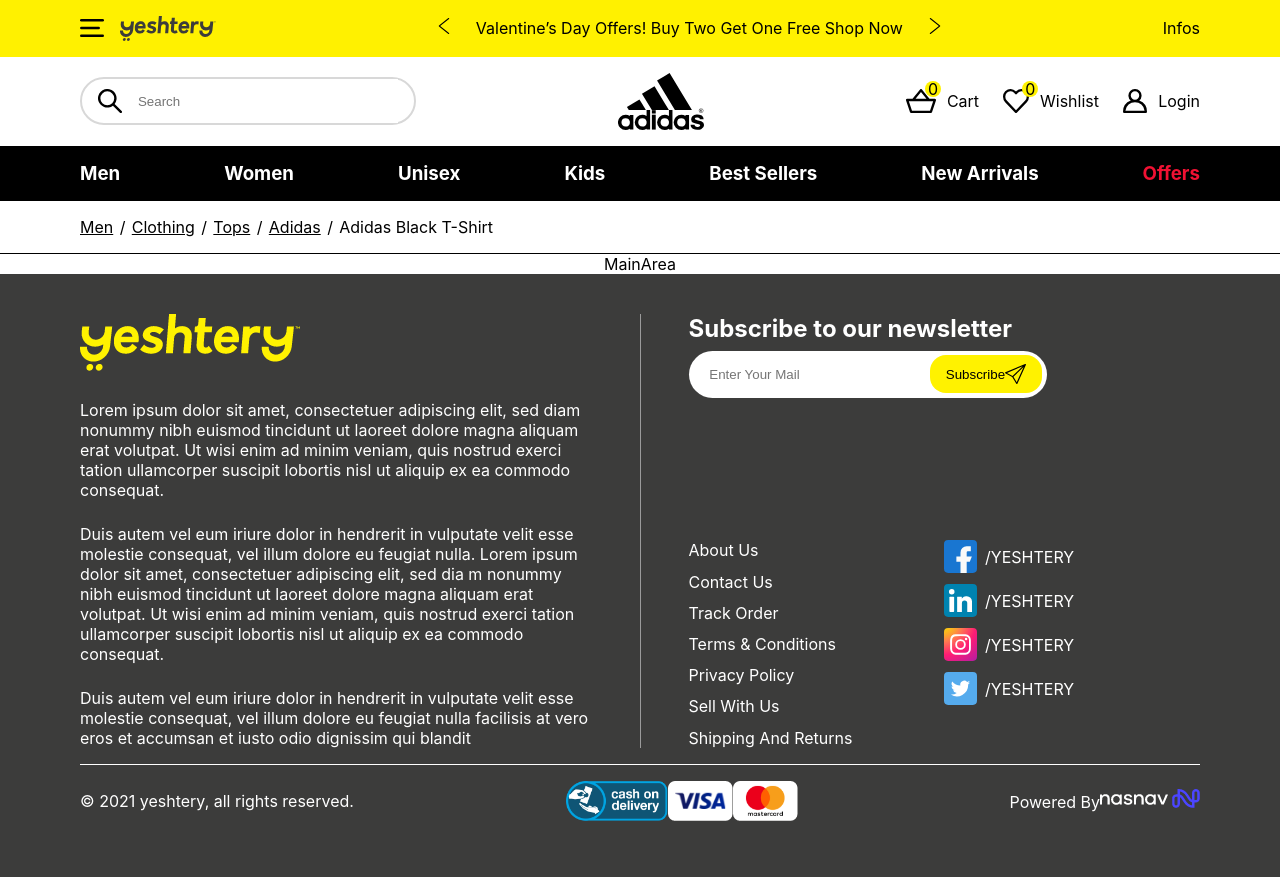
Repository: ahmed-mohamed-eng/Yeshtery-One-Page-Project
Page: /
These files come from the project's save history. The page is drawn as it stood at one moment and after the next save; the edit follows.
The browser window is 1280 px wide. The pictures show the whole page.
The project was rebuilt for these pictures with package versions that can differ from the ones it lists, and the page was loaded fresh each time.

Above is the page before, as saved 2022-12-10 14:31:46.

### src/App.tsx
import Layout from "./components/Layout";
import MainArea from "./components/MainArea";

function App() {
  return (
    <Layout>
      <MainArea />
    </Layout>
  );
}

export default App;

### src/components/Layout.tsx
import Footer from "./Footer";
import Header from "./Header";

import styles from "./Layout.module.css";

export interface LayoutProps {
  children?: JSX.Element | JSX.Element[];
}

const Layout = (props: LayoutProps) => {
  return (
    <div className={styles.layout}>
      <Header />
      {props.children}
      <Footer />
    </div>
  );
};

export default Layout;

### src/components/MainArea/index.tsx
import React from 'react'

const MainArea = () => {
  return (
    <div>MainArea</div>
  )
}

export default MainArea;

### src/components/Footer/index.tsx
import Details from "./Details";
import Description from "./Description";

import styles from "./Footer.module.css";

const Footer = () => {
  return (
    <footer className={styles.footer}>
      <Description />
      <Details />
    </footer>
  );
};

export default Footer;

### src/components/Header/index.tsx
import Categories from "./Categories";
import Navigation from "./Navigation";
import OffersAndInfo from "./OffersAndInfo";
import SearchAndActions from "./SearchAndActions";

import styles from "./Header.module.css";

const Header = () => {
  return (
    <header className={styles.header}>
      <OffersAndInfo />
      <SearchAndActions />
      <Categories />
      <Navigation />
    </header>
  );
};

export default Header;

### src/components/Layout.module.css
.layout {
  min-width: 100vw;
  min-height: 100vh;

  display: flex;
  align-items: center;
  flex-direction: column;
}

### src/components/Footer/Details/index.tsx
import styles from "./Details.module.css";

import cashLogo from "../../../images/footer/cash_logo.png";
import visaLogo from "../../../images/footer/visa_logo.png";
import nasnavLogo from "../../../images/footer/nasnav_logo.png";
import mastercardLogo from "../../../images/footer/mastercard_logo.png";

const Details = () => {
  return (
    <div className={styles.details}>
      <div className={styles.copy_wright}>
        <p>© 2021 yeshtery, all rights reserved.</p>
      </div>
      <div className={styles.accepted_payments}>
        <img src={cashLogo} alt="Pay with cash on delivery" />
        <img src={visaLogo} alt="Pay with Visa" />
        <img src={mastercardLogo} alt="Pay with Mastercard" />
      </div>
      <div className={styles.powered_by}>
        <span>Powered By</span>
        <img src={nasnavLogo} alt="Powered By Nasanav" />
      </div>
    </div>
  );
};

export default Details;

### src/components/Footer/Description/index.tsx
import AboutCompany from "./AboutCompany";
import CompanyDescription from "./CompanyDescription";

import styles from "./Description.module.css";

const Description = () => {
  return (
    <div className={styles.description}>
      <CompanyDescription />
      <AboutCompany />
    </div>
  );
};

export default Description;

### src/components/Footer/Footer.module.css
.footer {
  width: 100%;

  padding: 2.5rem 5rem;

  display: flex;
  flex-direction: column;
  justify-content: center;

  background-color: #3c3c3b;
}

.footer * {
  color: white;
}

### src/components/Header/Categories/index.tsx
import styles from "./Categories.module.css";

const Categories = () => {
  return (
    <div className={styles.categories}>
      <h3>Men</h3>
      <h3>Women</h3>
      <h3>Unisex</h3>
      <h3>Kids</h3>
      <h3>Best Sellers</h3>
      <h3>New Arrivals</h3>
      <h3>Offers</h3>
    </div>
  );
};

export default Categories;

### src/components/Header/Navigation/index.tsx
import styles from "./Navigation.module.css";

const Navigation = () => {
  const links = ["Men", "Clothing", "Tops", "Adidas", "Adidas Black T-Shirt"];

  return (
    <div className={styles.navigation}>
      {links.map((link, idx) => {
        return (
          <>
            <a href={"#" + link} key={idx + "@@@###@@aa"}>
              <span>{link}</span>
            </a>
            {idx !== links.length - 1 ? (
              <span key={idx + "@@@###@@aaSSS"}>/</span>
            ) : null}
          </>
        );
      })}
    </div>
  );
};

export default Navigation;

### src/components/Header/OffersAndInfo/index.tsx
import Logo from "./Logo";
import Infos from "./Infos";
import Offers from "./Offers";

import style from "./OffersAndInfo.module.css";

const OffersAndInfo = () => {
  return (
    <div className={style.offers_and_info}>
      <Logo />
      <Offers />
      <Infos />
    </div>
  );
};

export default OffersAndInfo;

### src/components/Header/SearchAndActions/index.tsx
import Brand from "./Brand";
import Search from "./Search";
import Actions from "./Actions";

import styles from "./SearchAndActions.module.css";

const SearchAndActions = () => {
  return (
    <div className={styles.search_and_actions}>
      <Search />
      <Brand />
      <Actions />
    </div>
  );
};

export default SearchAndActions;

### src/components/Header/Header.module.css
.header {
  width: 100%;

  display: flex;
  flex-direction: column;
  align-items: center;
}

### src/components/Footer/Details/Details.module.css
.details {
  width: 100%;

  display: flex;
  align-items: center;
  justify-content: space-between;

  padding: 1rem 0rem;
}

.accepted_payments {
  display: flex;
  align-items: center;
  justify-content: space-between;
}

### src/components/Footer/Description/AboutCompany/index.tsx
import styles from "./AboutCompany.module.css";

import twitterLogo from "../../../../images/footer/twitter_logo.svg";
import facebookLogo from "../../../../images/footer/facebook_logo.svg";
import linkedInLogo from "../../../../images/footer/linkedin_logo.svg";
import sendMailIcon from "../../../../images/footer/send_mail_icon.svg";
import instagramLogo from "../../../../images/footer/instegram_logo.svg";

const AboutCompany = () => {
  return (
    <div className={styles.about_company}>
      <div className={styles.subscribe}>
        <h5>Subscribe to our newsletter</h5>
        <div className={styles.send_mail}>
          <input placeholder="Enter Your Mail" type="email" />
          <button>
            <span>Subscribe</span>
            <img src={sendMailIcon} alt="Send us email" />
          </button>
        </div>
      </div>
      <div className={styles.navigation}>
        <div className={styles.website_navigation}>
          <a href="#About Us">About Us</a>
          <a href="#Contact Us">Contact Us</a>
          <a href="#Track Order">Track Order</a>
          <a href="#Terms & Conditions">Terms & Conditions</a>
          <a href="#Privacy Policy">Privacy Policy</a>
          <a href="#Sell With Us">Sell With Us</a>
          <a href="#Shipping And Returns">Shipping And Returns</a>
        </div>
        <div className={styles.social_media_links}>
          <a href="#facebook">
            <img src={facebookLogo} alt="Visit Us at Facebook" />
            <span>/YESHTERY</span>
          </a>
          <a href="#linkedin">
            <img src={linkedInLogo} alt="Visit our LinkedIn Account" />
            <span>/YESHTERY</span>
          </a>
          <a href="#instagram">
            <img src={instagramLogo} alt="We have amazing pics at Instagram" />
            <span>/YESHTERY</span>
          </a>
          <a href="#twitter">
            <img src={twitterLogo} alt="See our latest news at twitter" />
            <span>/YESHTERY</span>
          </a>
        </div>
      </div>
    </div>
  );
};

export default AboutCompany;

### src/components/Footer/Description/CompanyDescription/index.tsx
import styles from "./CompanyDescription.module.css";

import companyLogo from "../../../../images/footer/company_logo.png";

const CompanyDescription = () => {
  return (
    <div className={styles.company_description}>
      <h3>
        <img src={companyLogo} alt="" />
      </h3>
      <p>
        Lorem ipsum dolor sit amet, consectetuer adipiscing elit, sed diam
        nonummy nibh euismod tincidunt ut laoreet dolore magna aliquam erat
        volutpat. Ut wisi enim ad minim veniam, quis nostrud exerci tation
        ullamcorper suscipit lobortis nisl ut aliquip ex ea commodo consequat.
      </p>
      <p>
        Duis autem vel eum iriure dolor in hendrerit in vulputate velit esse
        molestie consequat, vel illum dolore eu feugiat nulla. Lorem ipsum dolor
        sit amet, consectetuer adipiscing elit, sed dia m nonummy nibh euismod
        tincidunt ut laoreet dolore magna aliquam erat volutpat. Ut wisi enim ad
        minim veniam, quis nostrud exerci tation ullamcorper suscipit lobortis
        nisl ut aliquip ex ea commodo consequat.
      </p>
      <p>
        Duis autem vel eum iriure dolor in hendrerit in vulputate velit esse
        molestie consequat, vel illum dolore eu feugiat nulla facilisis at vero
        eros et accumsan et iusto odio dignissim qui blandit
      </p>
    </div>
  );
};

export default CompanyDescription;

### src/components/Footer/Description/Description.module.css
.description {
  display: flex;
  justify-content: space-between;

  padding-bottom: 1rem;

  border-bottom-color: white;
  border-block-width: 1px;
  border-bottom-style: solid;
}

### src/components/Header/Categories/Categories.module.css
.categories {
  width: 100%;

  padding: 1rem 5rem;

  display: flex;
  align-items: center;
  justify-content: space-between;

  background-color: black;
}

.categories h3 {
  color: white;
}

.categories h3:last-child {
  color: #f11133;
}

### src/components/Header/Navigation/Navigation.module.css
.navigation {
  width: 100%;

  padding: 1rem 5rem;

  display: flex;
  align-items: center;
  justify-content: flex-start;

  border-bottom-width: 1px;
  border-bottom-color: black;
  border-bottom-style: solid;
}

.navigation a:not(:last-child),
.navigation > span {
  margin-right: 0.4rem;
}

.navigation a {
  color: black;
}

.navigation a:last-child {
  text-decoration: none;
}

### src/components/Header/OffersAndInfo/Logo.tsx
import styles from "./Logo.module.css";

import menuIcon from "../../../images/header/offers_and_infos/menu-bars.svg";
import logoImage from "../../../images/header/offers_and_infos/yeshtery_logo.svg";

const Logo = () => {
  return (
    <div className={styles.logo}>
      <img src={menuIcon} alt="Menu" />
      <img src={logoImage} alt="Company Logo" />
    </div>
  );
};

export default Logo;

### src/components/Header/OffersAndInfo/Infos.tsx
import styles from "./Infos.module.css";

const Infos = () => {
  return (
    <div className={styles.infos}>Infos</div>
  )
}

export default Infos;

### src/components/Header/OffersAndInfo/Offers.tsx
import styles from "./Offers.module.css";

import leftArrowIcon from "../../../images/header/offers_and_infos/chevo_left_arrow.svg";
import rightArrowIcon from "../../../images/header/offers_and_infos/chevo_right_arrow.svg";

const Offers = () => {
  return (
    <div className={styles.offers}>
      <img src={leftArrowIcon} alt="" />
      <span>Valentine’s Day Offers! Buy Two Get One Free Shop Now</span>
      <img src={rightArrowIcon} alt="" />
    </div>
  );
};

export default Offers;

### src/components/Header/OffersAndInfo/OffersAndInfo.module.css
.offers_and_info {
  padding: 1rem 5rem;

  width: 100%;

  display: flex;
  align-items: center;
  justify-content: space-between;

  background-color: #fff100;
}

### src/components/Header/SearchAndActions/Brand/index.tsx
import styles from "./Brand.module.css";

import brandLogo from "../../../../images/header/search_and_actions/brand_logo.svg";

const Brand = () => {
  return (
    <div className={styles.brand}>
      <img src={brandLogo} alt="Brand Name" />
    </div>
  );
};

export default Brand;

### src/components/Header/SearchAndActions/Search/index.tsx
import styles from "./Search.module.css";

import searchIcon from "../../../../images/header/search_and_actions/search_icon.svg";

const Search = () => {
  return (
    <div className={styles.search}>
      <img src={searchIcon} alt="Search Box" />
      <input placeholder="Search" />
    </div>
  );
};

export default Search;

### src/components/Header/SearchAndActions/Actions/index.tsx
import styles from "./Actions.module.css";

import loginIcon from "../../../../images/header/search_and_actions/login_icon.svg";
import whishListIcon from "../../../../images/header/search_and_actions/whishlist_icon.svg";
import shoppingCartIcon from "../../../../images/header/search_and_actions/shoppting_cart_icon.svg";

const Actions = () => {
  return (
    <div className={styles.actions}>
      <div className={styles.single_action}>
        <img src={shoppingCartIcon} alt="" />
        <span>Cart</span>
        <span className={styles.floating_counter}>0</span>
      </div>
      <div className={styles.single_action}>
        <img src={whishListIcon} alt="" />
        <span>Wishlist</span>
        <span className={styles.floating_counter}>0</span>
      </div>
      <div className={styles.single_action}>
        <img src={loginIcon} alt="" />
        <span>Login</span>
      </div>
    </div>
  );
};

export default Actions;

### src/components/Header/SearchAndActions/SearchAndActions.module.css
.search_and_actions {
  width: 100%;

  padding: 1rem 5rem;

  display: flex;
  align-items: center;
  justify-content: space-between;
}

### src/components/Footer/Description/AboutCompany/AboutCompany.module.css
.about_company {
  flex: 1;

  display: flex;
  flex-direction: column;
  justify-content: space-between;

  padding-left: 3rem;
}

.subscribe h5 {
  font-size: 1.5rem;
  margin-bottom: 0.5rem;
}

.send_mail {
  width: 70%;
  height: 70%;

  border-radius: 3rem;

  background-color: white;

  display: flex;
  align-items: center;
  justify-content: space-between;

  padding: 0.3rem 0.3rem;
}

.send_mail button,
.send_mail input {
  height: 100%;
}

.send_mail button {
  cursor: pointer;

  flex: 1;

  display: flex;
  align-items: center;
  justify-content: space-between;

  padding: 0rem 1rem;

  border: none;

  border-radius: 1rem;

  background-color: #fff200;
}

.send_mail button span {
  color: black;
}

.send_mail input {
  border: none;
  outline: none;

  border-radius: 1rem;

  padding-left: 1rem;

  color: black;

  flex: 4;
}

.navigation,
.website_navigation,
.social_media_links {
  display: flex;
  align-items: center;
  justify-content: space-between;
}

.website_navigation,
.social_media_links {
  flex-direction: column;
  align-items: flex-start;
  justify-content: flex-start;

  height: 100%;

  flex: 1;
}

.website_navigation a,
.social_media_links a {
  text-decoration: none;
}

.website_navigation a:not(:last-child),
.social_media_links a:not(:last-child) {
  margin-bottom: 0.7rem;
}

.social_media_links a {
  display: flex;
  align-items: center;
  justify-content: center;
}

.social_media_links a img {
  margin-right: 0.5rem;
}

### src/components/Footer/Description/CompanyDescription/CompanyDescription.module.css
.company_description {
  flex: 1;
  display: flex;
  align-items: flex-start;
  flex-direction: column;
  justify-content: center;

  padding-right: 3rem;

  border-right: 1px solid rgb(155, 155, 155);
}

.company_description > *:not(:last-child) {
  margin-bottom: 1.5rem;
}

### src/components/Header/OffersAndInfo/Logo.module.css
.logo {
  display: flex;
  align-items: center;
  justify-content: space-between;
}

.logo img:first-child {
  margin-right: 1rem;

  width: 1.5rem;
  height: 1.5rem;
}

.logo img:last-child {
  width: 6rem;
}

### src/components/Header/OffersAndInfo/Infos.module.css
.infos {
  display: flex;
  align-items: center;
  justify-content: space-between;
}

### src/components/Header/OffersAndInfo/Offers.module.css
.offers {
  display: flex;
  justify-content: space-between;
}

.offers img {
  width: 1rem;
  height: 1rem;
}

.offers *:not(:last-child) {
  margin-right: 1.5rem;
}

### src/components/Header/SearchAndActions/Brand/Brand.module.css
.brand {
  display: flex;
  align-items: center;
  justify-content: center;
}

### src/components/Header/SearchAndActions/Search/Search.module.css
.search {
  width: 30%;
  height: 3rem;

  padding: 0rem 1rem;

  display: flex;
  align-items: center;
  justify-content: space-between;

  border-width: 2px;
  border-style: solid;
  border-radius: 24px;
  border-color: #d8d8d8;
}

.search input {
  width: 100%;
  height: 100%;

  padding-left: 1rem;

  border: unset;
  outline: unset;
}

### src/components/Header/SearchAndActions/Actions/Actions.module.css
.actions {
  display: flex;
  align-items: center;
  justify-content: space-between;
}

.single_action {
  position: relative;

  display: flex;
  align-items: center;
  justify-content: space-between;
}

.single_action:not(:last-child) {
  margin-right: 1.5rem;
}

.single_action .floating_counter {
  display: flex;
  align-items:center;
  justify-content: center;

  position: absolute;
  top: -0.5rem;
  left: 1.2rem;

  width: 1rem;
  height: 1rem;

  border-radius: 1rem;

  background-color: #fff200;
}

.single_action img {
  margin-right: 0.7rem;
}

Loaded but not shown: public/index.html (common file); src/index.tsx (common file); src/index.css (common file); src/reportWebVitals.ts (common file)

After the next save:
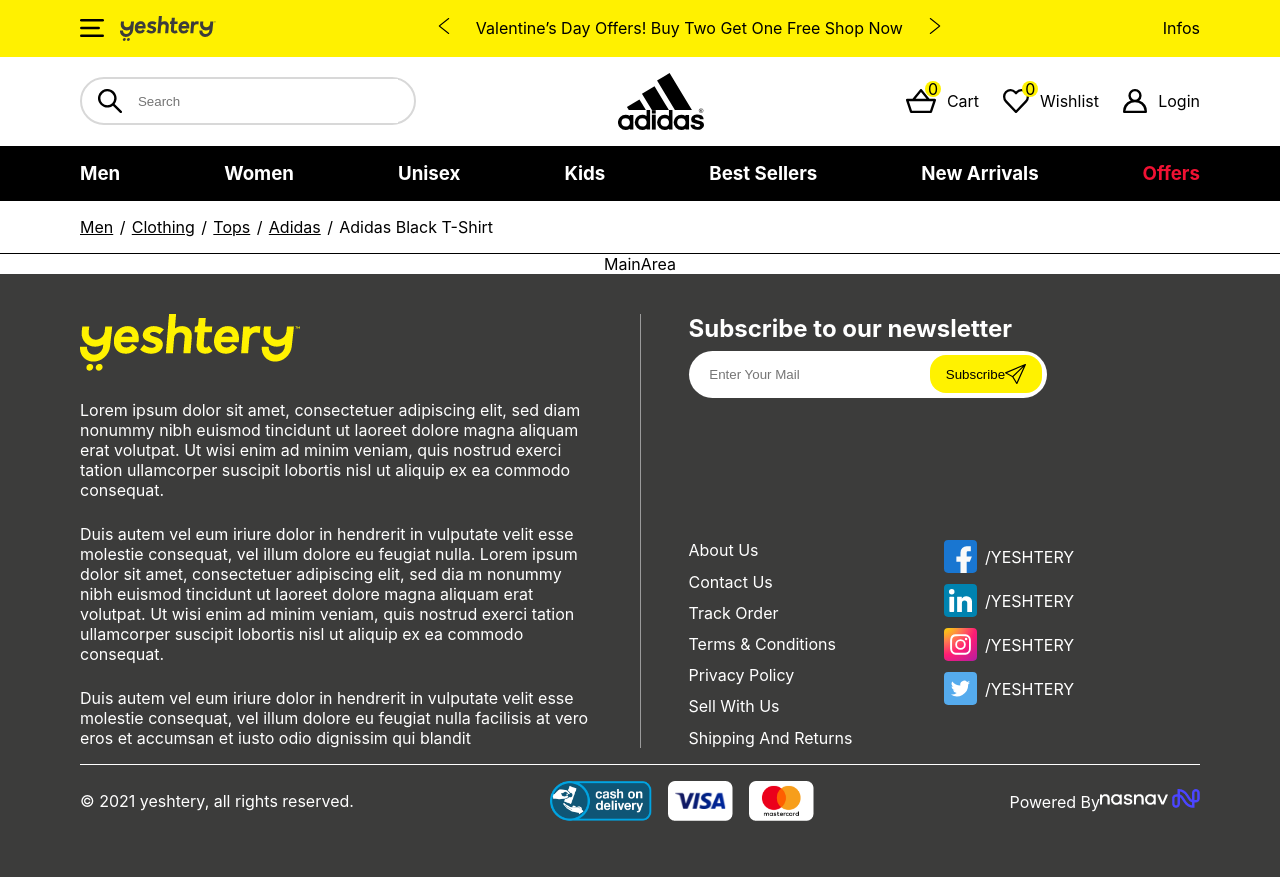
Saved 29 s later.
--- a/src/components/Footer/Details/Details.module.css
+++ b/src/components/Footer/Details/Details.module.css
@@ -13,3 +13,7 @@
   align-items: center;
   justify-content: space-between;
 }
+
+.accepted_payments img:not(:last-child) {
+  margin-right: 1rem;
+}
